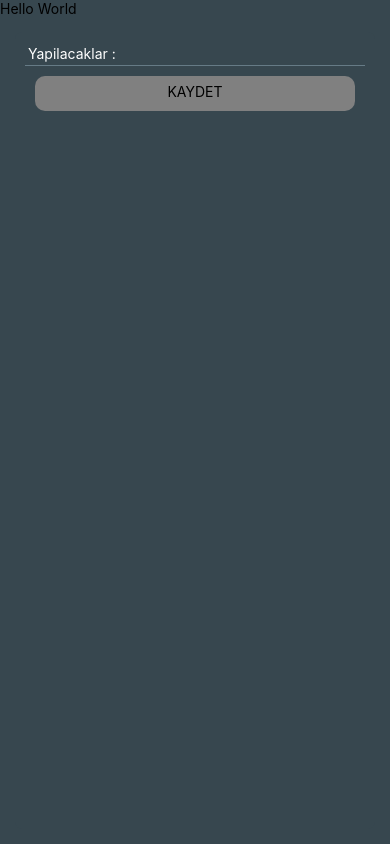
Repository: dumankedi/ToDo
Screen: /
These files come from the project's save history. The screen is drawn as it stood at one moment and after the next save; the edit follows.
The app was drawn by React Native's web renderer in a window 390 px wide. The project was rebuilt for these pictures with package versions that can differ from the ones it lists, and the page was loaded fresh each time.

Above is the screen before, as saved 2023-03-06 13:34:44.

### src/App.tsx
import React, {useState} from 'react';
import {View, SafeAreaView, Text, StyleSheet} from 'react-native';
import SaveToDo from './components/SaveToDo';

function App() {
  return (
    <SafeAreaView style={styles.container}>
      <View style={styles.container}>
        <Text>Hello World</Text>
        <SaveToDo />
      </View>
    </SafeAreaView>
  );
}

const styles = StyleSheet.create({
  container: {
    flex: 1,
    backgroundColor:'#37474f',
  },
});

export default App;

### src/components/SaveToDo/index.js
/* eslint-disable prettier/prettier */
export {default} from './SaveToDo';

### src/components/SaveToDo/SaveToDo.js
/* eslint-disable prettier/prettier */
import React from 'react';
import {TextInput, View, Text, TouchableOpacity} from 'react-native';
import styles from './SaveToDo.style';

const SaveToDo = props => {

  return (
    <View style={styles.container}>
      <TextInput
        style={props.text > 0 ? styles.textInput : styles.textInput1}
        placeholder={'Yapilacaklar : '}
        value={props.text}
        onChangeText={props.saveText}
      />
       <TouchableOpacity style={props.text > 0 ? styles.btn1 : styles.btn}
          onPress={props.setUpdate}>
          <Text>KAYDET</Text>
        </TouchableOpacity>
    </View>
  );
};

export default SaveToDo;

### src/components/SaveToDo/SaveToDo.style.js
/* eslint-disable prettier/prettier */
import { StyleSheet } from 'react-native';

export default StyleSheet.create({
  container: {
    flex: 1,
     margin:15,
        backgroundColor:'#37474f',
        borderRadius:7,
        padding:10,
  },
  textInput: {
        borderBottomWidth:1,
        borderBottomColor:'#667b86',
        padding:3,
        color:'#808080',
    },
    textInput1: {
        borderBottomWidth:1,
        borderBottomColor:'#667b86',
        padding:3,
        color:'white',
    },
    btn:{
        height:35,
        margin:(0,10,0,10),
        alignItems:'center',
        padding:7,
        borderRadius:10,
        backgroundColor:'#808080',
    },
    btn1:{
        height:35,
        margin:(0,10,0,10),
        alignItems:'center',
        padding:7,
        borderRadius:10,
        backgroundColor:'#ffa500',
    },
});

Loaded but not shown: index.js (common file); app.json (common file)

After the next save:
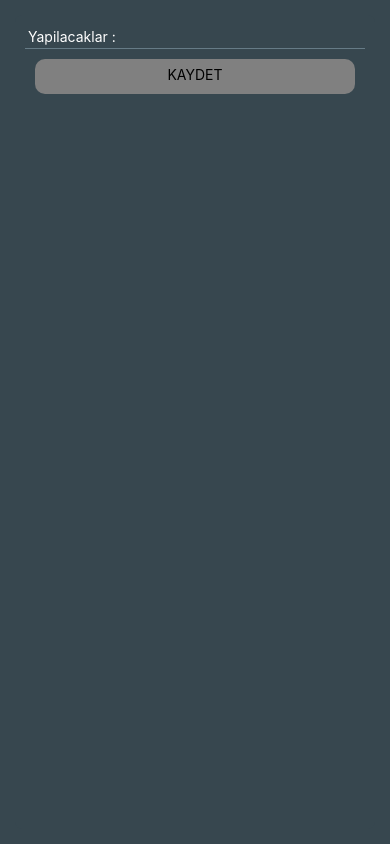
Saved 6 s later.
--- a/src/App.tsx
+++ b/src/App.tsx
@@ -6,7 +6,6 @@ function App() {
   return (
     <SafeAreaView style={styles.container}>
       <View style={styles.container}>
-        <Text>Hello World</Text>
         <SaveToDo />
       </View>
     </SafeAreaView>
@@ -16,7 +15,7 @@ function App() {
 const styles = StyleSheet.create({
   container: {
     flex: 1,
-    backgroundColor:'#37474f',
+    backgroundColor: '#37474f',
   },
 });
 
